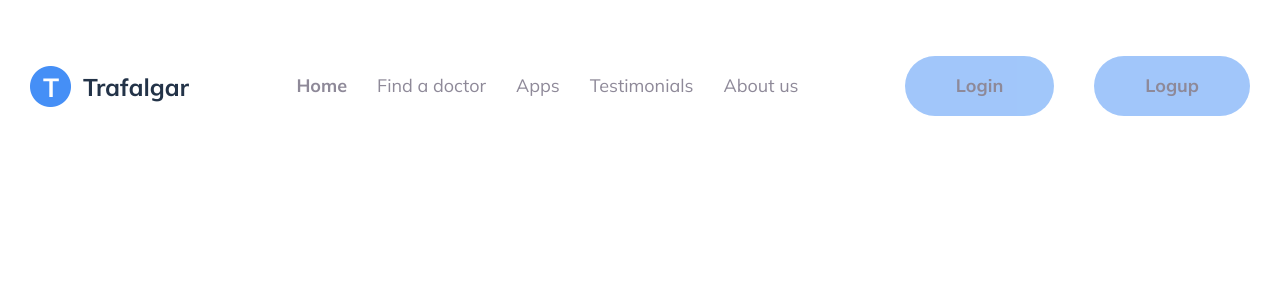
Repository: tungcutte35/Trafalgar
Page: index.html
An editor plug-in stored every save of this project. The page is shown before and after the next save, followed by the edit.
The browser window is 1280 px wide. The pictures show the whole page.
The style sheet was rebuilt from its Sass, Less or Tailwind sources for each picture, by a compiler version that may differ from the author's.

Above is the page before, as saved 2021-10-17 16:29:49.

After the next save:
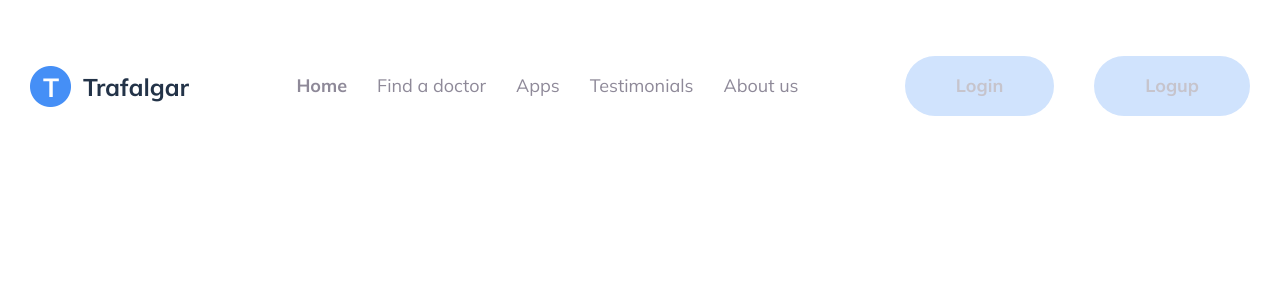
Saved 28 s later.
--- a/sass/_menu.scss
+++ b/sass/_menu.scss
@@ -7,4 +7,9 @@
     opacity: 0.5;
     font-size: 18px;
   }
+  &-log {
+    color: #1f1534;
+    opacity: 0.5;
+    font-size: 18px;
+  }
 }

After the save that followed:
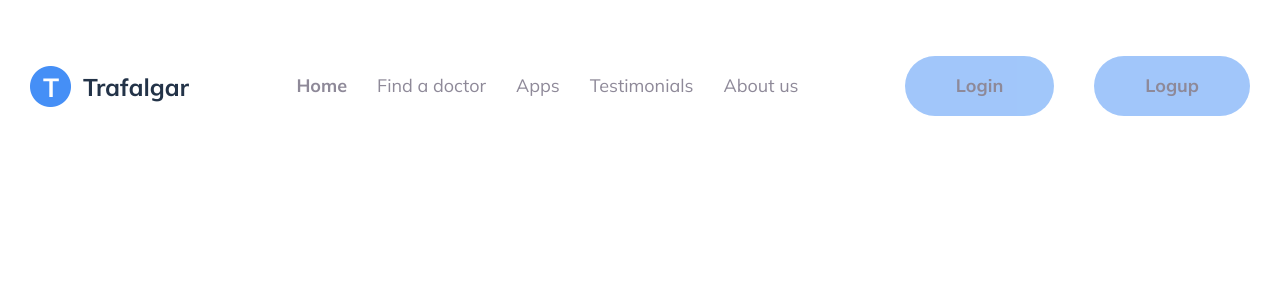
Saved 5 s later.
--- a/sass/_menu.scss
+++ b/sass/_menu.scss
@@ -8,8 +8,5 @@
     font-size: 18px;
   }
   &-log {
-    color: #1f1534;
-    opacity: 0.5;
-    font-size: 18px;
   }
 }
